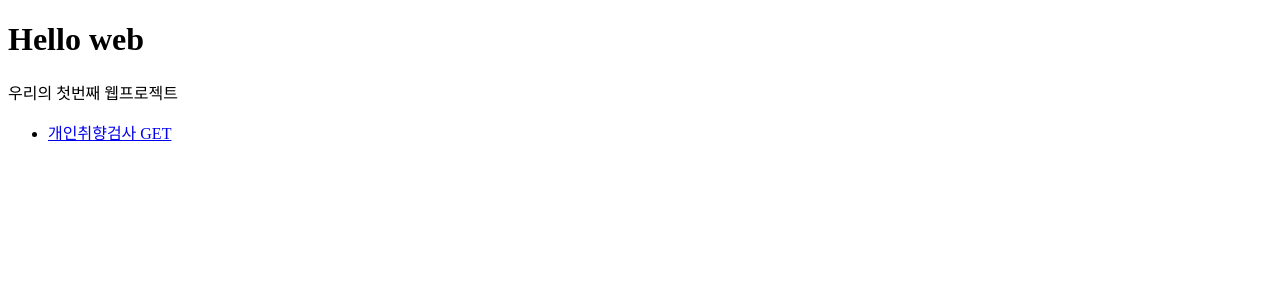
Repository: Sookyeong0505/web_server_workspace
Page: hello-web/src/main/webapp/index.html
The author's editor kept a copy of each file at every save. The page is drawn from the files as they stood at one save, then again after the next save.
The browser window is 1280 px wide. The pictures show the whole page.

Above is the page before, as saved 2023-06-19 08:23:07.

### hello-web/src/main/webapp/index.html
<!DOCTYPE html>
<html>
<head>
<meta charset="UTF-8">
<title>Hello web</title>
</head>
<body>
	<h1>Hello web</h1>
	<p>우리의 첫번째 웹프로젝트</p>

	<ul>
		<li><a href="/web/servlet/testPerson1.html">개인취향검사 GET</a></li>
	</ul>
</body>
</html>

After the next save:
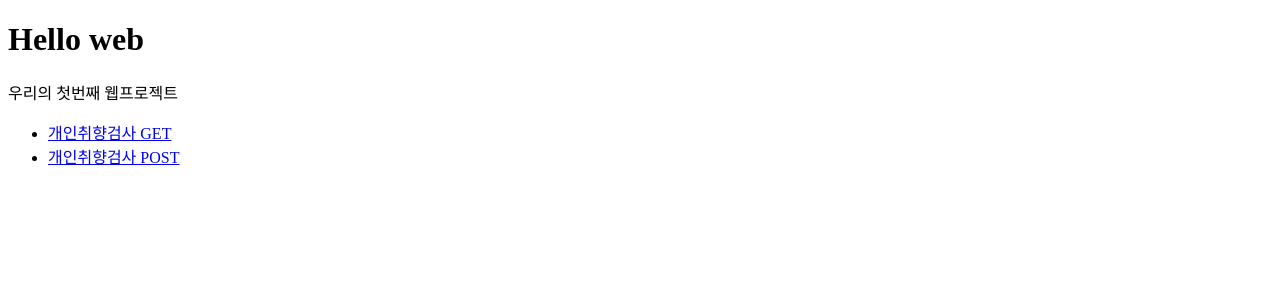
Saved 16 h 15 min later.
--- a/hello-web/src/main/webapp/index.html
+++ b/hello-web/src/main/webapp/index.html
@@ -10,6 +10,7 @@
 
 	<ul>
 		<li><a href="/web/servlet/testPerson1.html">개인취향검사 GET</a></li>
+		<li><a href="/web/servlet/testPerson2.html">개인취향검사 POST</a></li>
 	</ul>
 </body>
 </html>
